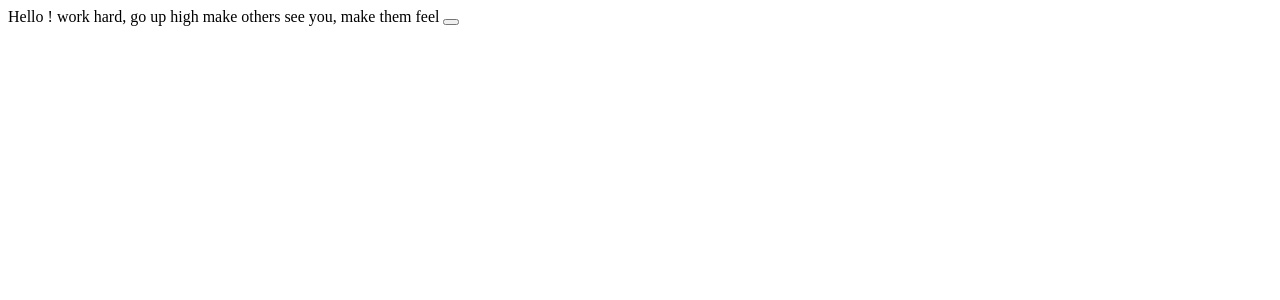
Repository: Sugunaramkumar/Fund-Me-App---FCC
Page: index.html
An editor plug-in stored every save of this project. The page is shown before and after the next save, followed by the edit.
The browser window is 1280 px wide. The pictures show the whole page.

Above is the page before, as saved 2022-07-21 15:51:27.

### index.html
<!DOCTYPE html>
<html lang="en">
<head>

    <title>Fund Me App</title>
</head>
<body>
    Hello ! work hard, go up high make others see you, make them feel
    <script>
        async function connect() {
            if (typeof window.ethereum !== "undefined"){
            window.ethereum.request({method: "eth_requestAccounts"})
            }
            else {
            console.log("No metamask")
            }
    }
    </script>
    <button></button>
</body>
</html>

After the next save:
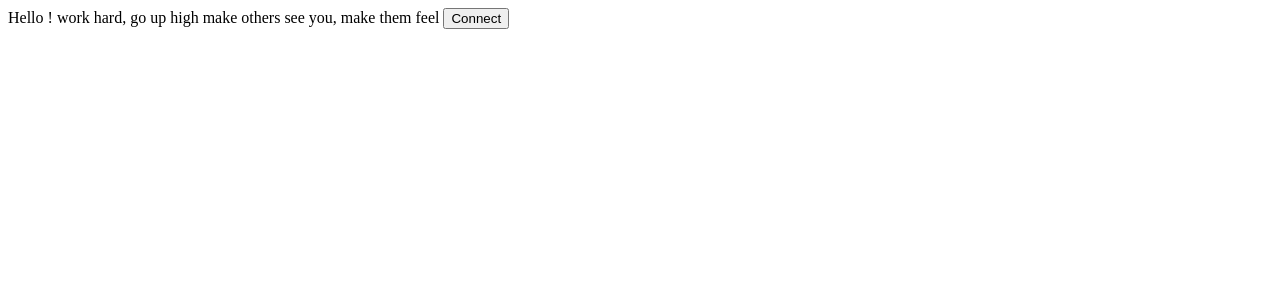
Saved 117 s later.
--- a/index.html
+++ b/index.html
@@ -16,6 +16,6 @@
             }
     }
     </script>
-    <button></button>
+    <button id="connectButton" onclick="connect()"> Connect </button>
 </body>
 </html>
